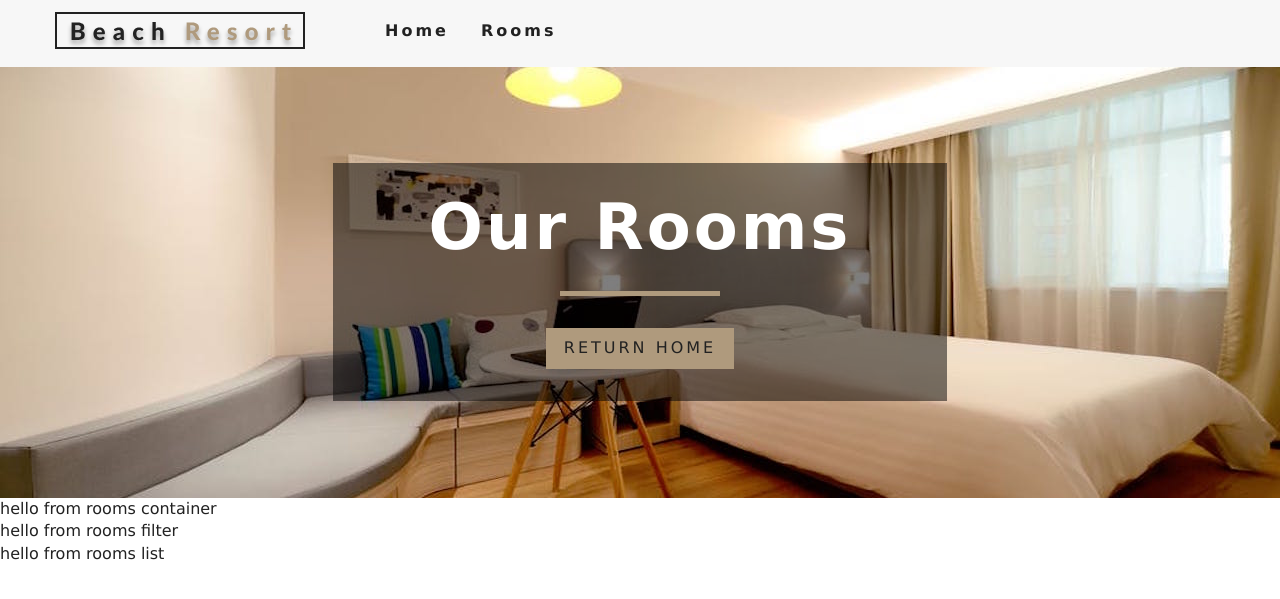
Repository: thanhn379/react-beach-resort
Page: /rooms
An editor plug-in stored every save of this project. The page is shown before and after the next save, followed by the edit.
The browser window is 1280 px wide. The pictures show the whole page.
The project was rebuilt for these pictures with package versions that can differ from the ones it lists, and the page was loaded fresh each time. Also part of the build but not shown: src/components/Title.js, src/components/Services.js, src/components/Room.js, src/components/FeaturedRooms.js, src/pages/Home.js, src/components/StyledHero.js, src/pages/SingleRoom.js, src/pages/Error.js.

Above is the page before, as saved 2019-11-18 10:32:24.

### public/index.html
<!DOCTYPE html>
<html lang="en">
  <head>
    <meta charset="utf-8" />
    <link rel="icon" href="%PUBLIC_URL%/favicon.ico" />
    <meta name="viewport" content="width=device-width, initial-scale=1" />
    <meta name="theme-color" content="#000000" />
    <meta
      name="description"
      content="Web site created using create-react-app"
    />
    <link rel="apple-touch-icon" href="logo192.png" />
    <!--
      manifest.json provides metadata used when your web app is installed on a
      user's mobile device or desktop. See https://developers.google.com/web/fundamentals/web-app-manifest/
    -->
    <link rel="manifest" href="%PUBLIC_URL%/manifest.json" />
    <!--
      Notice the use of %PUBLIC_URL% in the tags above.
      It will be replaced with the URL of the `public` folder during the build.
      Only files inside the `public` folder can be referenced from the HTML.

      Unlike "/favicon.ico" or "favicon.ico", "%PUBLIC_URL%/favicon.ico" will
      work correctly both with client-side routing and a non-root public URL.
      Learn how to configure a non-root public URL by running `npm run build`.
    -->
    <title>Resort recording</title>
  </head>
  <body>
    <noscript>You need to enable JavaScript to run this app.</noscript>
    <div id="root"></div>
    <!--
      This HTML file is a template.
      If you open it directly in the browser, you will see an empty page.

      You can add webfonts, meta tags, or analytics to this file.
      The build step will place the bundled scripts into the <body> tag.

      To begin the development, run `npm start` or `yarn start`.
      To create a production bundle, use `npm run build` or `yarn build`.
    -->
  </body>
</html>

### src/index.js
import React from "react";
import ReactDOM from "react-dom";
import { BrowserRouter as Router } from "react-router-dom";
// import './index.css';
import App from "./App";
import * as serviceWorker from "./serviceWorker";
import { RoomProvider } from "./context";

ReactDOM.render(
  <RoomProvider>
    <Router>
      <App />
    </Router>
  </RoomProvider>,
  document.getElementById("root")
);

// If you want your app to work offline and load faster, you can change
// unregister() to register() below. Note this comes with some pitfalls.
// Learn more about service workers: https://bit.ly/CRA-PWA
serviceWorker.unregister();

### src/App.js
import React from "react";
import "./App.css";

import NavBar from "./components/NavBar";

import Home from "./pages/Home";
import Rooms from "./pages/Rooms";
import SingleRoom from "./pages/SingleRoom";
import Error from "./pages/Error";

import { Route, Switch } from "react-router-dom";

function App() {
  return (
    <>
      <NavBar />
      <Switch>
        <Route exact path="/" component={Home} />
        <Route exact path="/rooms/" component={Rooms} />
        <Route exact path="/rooms/:slug/" component={SingleRoom} />
        <Route component={Error} />
      </Switch>
    </>
  );
}

export default App;

### src/context.js
import React, { Component } from "react";
import items from "./data";

const RoomContext = React.createContext();

class RoomProvider extends Component {
  state = { rooms: [], sortedRooms: [], featuredRooms: [], loading: true };

  //getData

  componentDidMount() {
    // this.getData
    let rooms = this.formatData(items);
    let featuredRooms = rooms.filter(room => room.featured === true);

    this.setState({ rooms, featuredRooms, sortedRooms: rooms, loading: false });
  }

  formatData(items) {
    let tempItems = items.map(item => {
      let id = item.sys.id;
      let images = item.fields.images.map(image => image.fields.file.url);

      let room = { ...item.fields, images, id };

      return room;
    });

    return tempItems;
  }

  getRoom = slug => {
    let tempRooms = [...this.state.rooms];
    const room = tempRooms.find(room => room.slug === slug);
    return room;
  };

  render() {
    return (
      <RoomContext.Provider value={{ ...this.state, getRoom: this.getRoom }}>
        {this.props.children}
      </RoomContext.Provider>
    );
  }
}

const RoomConsumer = RoomContext.Consumer;

export function withRoomConsumer(Component) {
  return function consumerWrapper(props) {
    return (
      <RoomConsumer>
        {value => <Component {...props} context={value} />}
      </RoomConsumer>
    );
  };
}

export { RoomProvider, RoomConsumer, RoomContext };

### src/components/NavBar.js
import React, { Component } from "react";
import Logo from "../images/logo.svg";
import { FaAlignRight } from "react-icons/fa";
import { Link } from "react-router-dom";

export default class NavBar extends Component {
  state = {
    isOpen: false
  };
  handleToggle = () => {
    this.setState({ isOpen: !this.state.isOpen });
  };
  render() {
    return (
      <nav className="navbar">
        <div className="nav-center">
          <div className="nav-header">
            <Link to="/">
              <img src={Logo} alt="Beach Resort" />
            </Link>
            <button
              type="button"
              className="nav-btn"
              onClick={this.handleToggle}
            >
              <FaAlignRight className="nav-icon" />
            </button>
          </div>
          <ul
            className={this.state.isOpen ? "nav-links show-nav" : "nav-links"}
          >
            <li>
              <Link to="/">Home</Link>
            </li>
            <li>
              <Link to="/rooms">Rooms</Link>
            </li>
          </ul>
        </div>
      </nav>
    );
  }
}

### src/pages/Rooms.js
import React from "react";
import Hero from "../components/Hero";
import Banner from "../components/Banner";
import { Link } from "react-router-dom";
import RoomContainer from "../components/RoomContainer";

const Rooms = () => {
  return (
    <>
      <Hero hero="roomsHero">
        <Banner title="our rooms">
          <Link to="/" className="btn-primary">
            return home
          </Link>
        </Banner>
      </Hero>

      <RoomContainer />
    </>
  );
};

export default Rooms;

### src/components/RoomContainer.js
import React from "react";
import RoomFilter from "./RoomFilter";
import RoomList from "./RoomList";
import { withRoomConsumer } from "../context";
import Loading from "./Loading";

function RoomContainer({ context }) {
  const { loading, sortedRooms, rooms } = context;
  if (loading) {
    return <Loading />;
  }

  return (
    <div>
      hello from rooms container
      <RoomFilter rooms={rooms} />
      <RoomList rooms={sortedRooms} />
    </div>
  );
}

export default withRoomConsumer(RoomContainer);

// import React from "react";
// import RoomFilter from "./RoomFilter";
// import RoomList from "./RoomList";
// import { RoomConsumer } from "../context";
// import Loading from "./Loading";

// export default function RoomContainer() {
//   return (
//     <RoomConsumer>
//       {value => {
//         const { loading, sortedRooms, rooms } = value;
//         if (loading) {
//           return <Loading />;
//         }

//         return (
//           <div>
//             hello from rooms container
//             <RoomFilter rooms={rooms} />
//             <RoomList rooms={sortedRooms} />
//           </div>
//         );
//       }}
//     </RoomConsumer>
//   );
// }

### src/components/Loading.js
import React from "react";
import loadingGif from "../images/gif/loading-arrow.gif";

export default function Loading() {
  return (
    <div className="loading">
      <h4>rooms data loading ...</h4>
      <img src={loadingGif} alt="" />
    </div>
  );
}

### src/components/RoomFilter.js
import React from 'react'

export default function RoomsFilter() {
  return (
    <div>
      hello from rooms filter
    </div>
  )
}

### src/components/RoomList.js
import React from 'react'

export default function RoomsList() {
  return (
    <div>
      hello from rooms list
    </div>
  )
}

Loaded but not shown: src/serviceWorker.js (common file); src/App.css (common file); src/components/Hero.js (common file); src/components/Banner.js (common file); src/data.js (760 lines, source omitted)

After the next save:
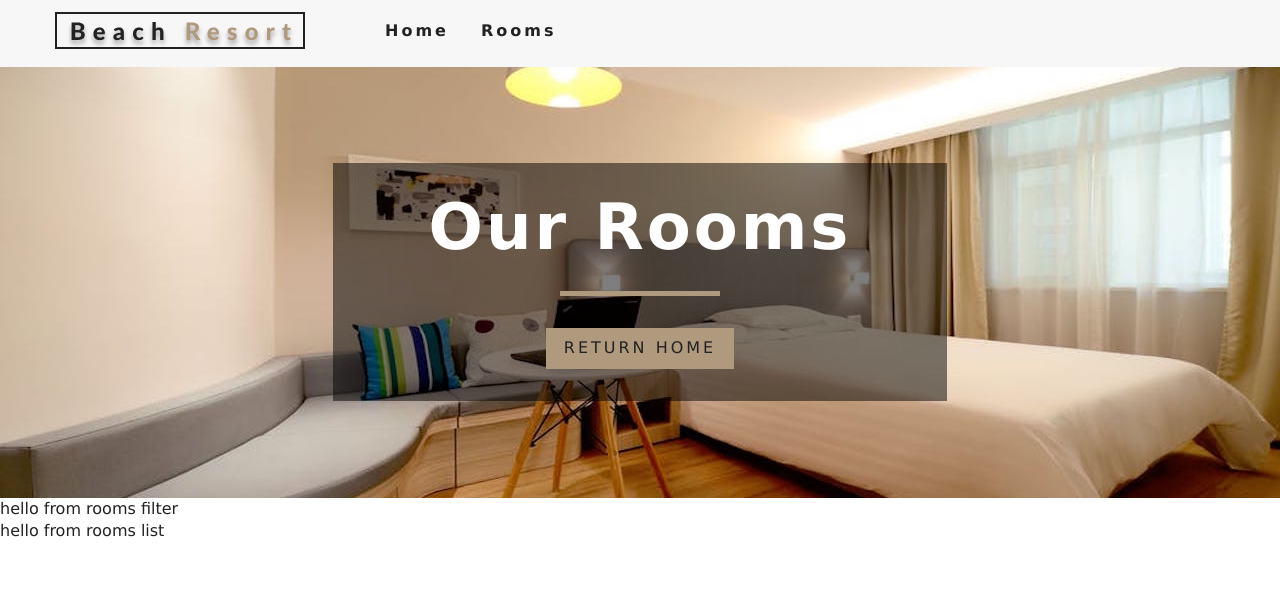
Saved 59 min 0 s later.
--- a/src/components/RoomContainer.js
+++ b/src/components/RoomContainer.js
@@ -11,11 +11,10 @@ function RoomContainer({ context }) {
   }
 
   return (
-    <div>
-      hello from rooms container
+    <>
       <RoomFilter rooms={rooms} />
       <RoomList rooms={sortedRooms} />
-    </div>
+    </>
   );
 }
 
